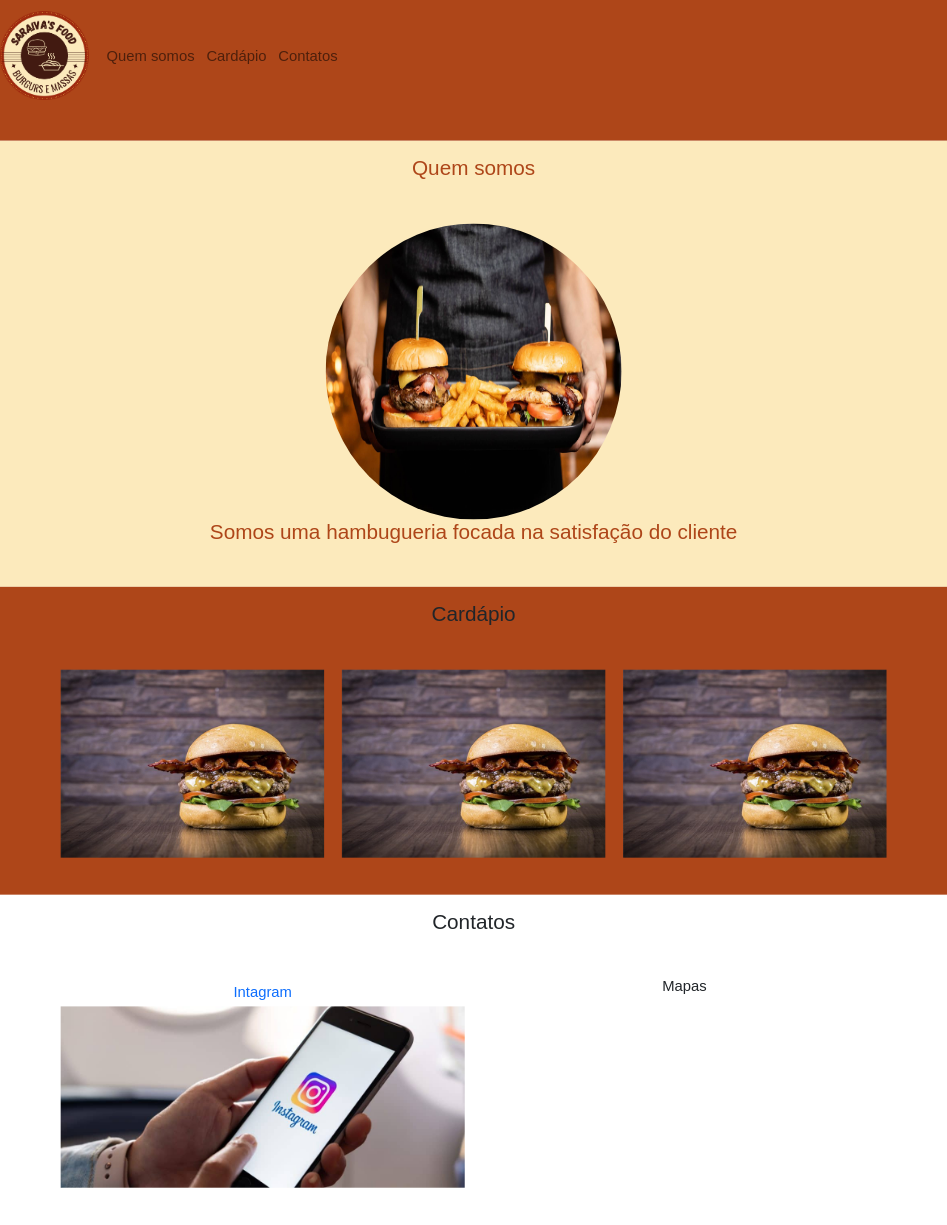
Repository: Tuanemendes/curso_bootstrap
Page: projeto1/index.html
The author's editor kept a copy of each file at every save. The page is drawn from the files as they stood at one save, then again after the next save.
The browser window is 1280 px wide. The pictures show the whole page, at 74% of full size.
Pictures or frames that could not be fetched are drawn as grey boxes.

Above is the page before, as saved 2022-04-04 17:46:22.

After the next save:
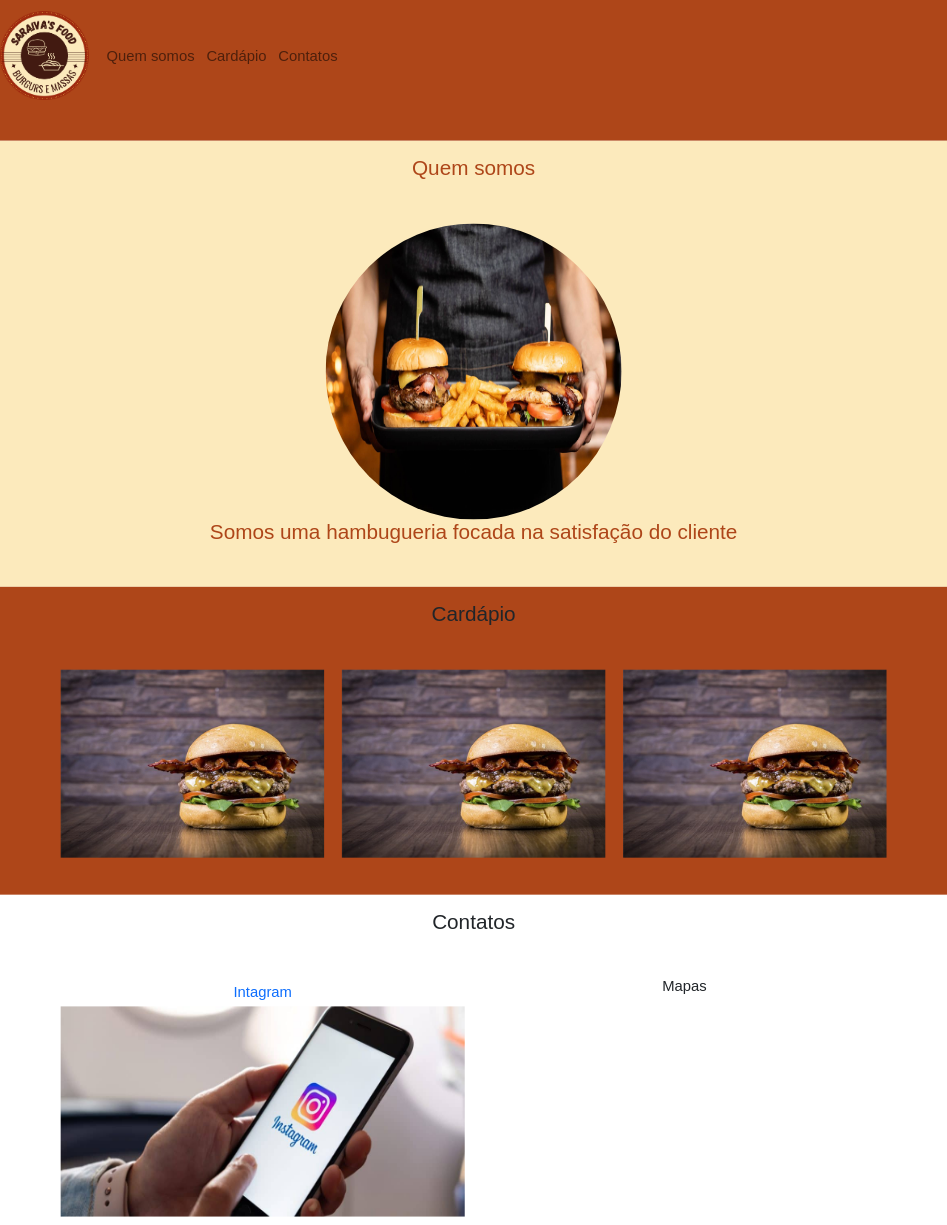
Saved 33 s later.
--- a/projeto1/index.html
+++ b/projeto1/index.html
@@ -64,7 +64,7 @@
                 <div class="row">
                     <div class="col-lg-6">
                         <a class="nav-link active" href="https://www.instagram.com/saraivasfood/">Intagram</a>
-                        <img src="/img/Instagram-1-1000x450.jpg" alt="" width="100%">
+                        <img src="/img/Instagram-1-1000x450.jpg" alt="" width="100%" height="100%">
                     </div>
                     <div class="col-lg-6">
                         <p> Mapas</p>
